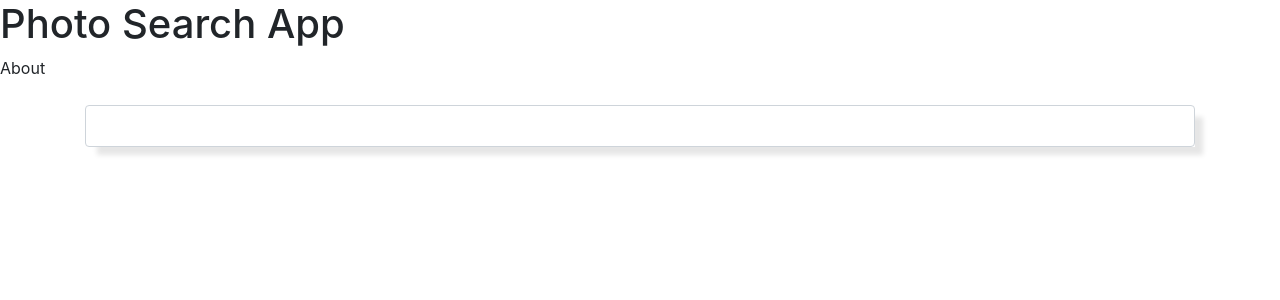
Repository: lamilekan263/photoapp
Page: /
These files come from the project's save history. The page is drawn as it stood at one moment and after a run of saves; the edit follows.
The browser window is 1280 px wide. The pictures show the whole page.
The project was rebuilt for these pictures with package versions that can differ from the ones it lists, and the page was loaded fresh each time. Also part of the build but not shown: src/components/ImageCard/ImageCard.scss, src/components/ImageCard/ImageCard.js, src/components/imageList/imageList.scss, src/components/imageList/imageList.js.

Above is the page before, as saved 2020-08-26 12:09:43.

After the next 3 saves:
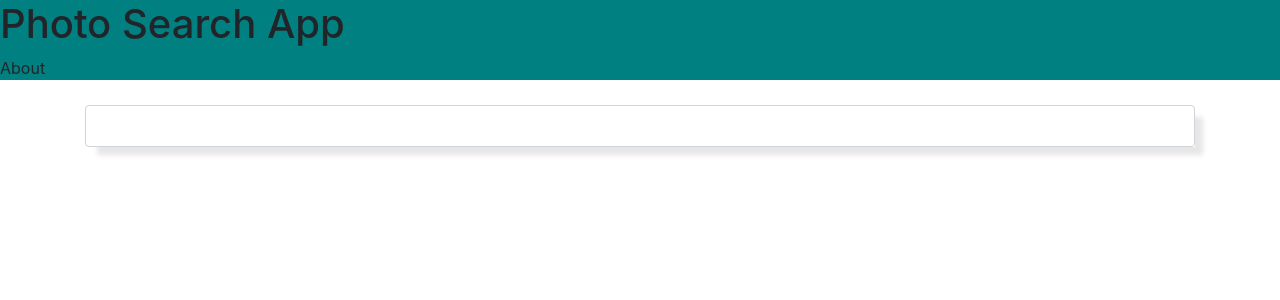
The 3 saves are shown as one change because 1 did not build or start and some came seconds apart.
The last was saved 13 s later.
--- a/src/components/Header/Header.scss
+++ b/src/components/Header/Header.scss
@@ -1,5 +1,5 @@
 nav{
     width: 100%;
     height: 80px;
-
+    background-color: teal;
 }
